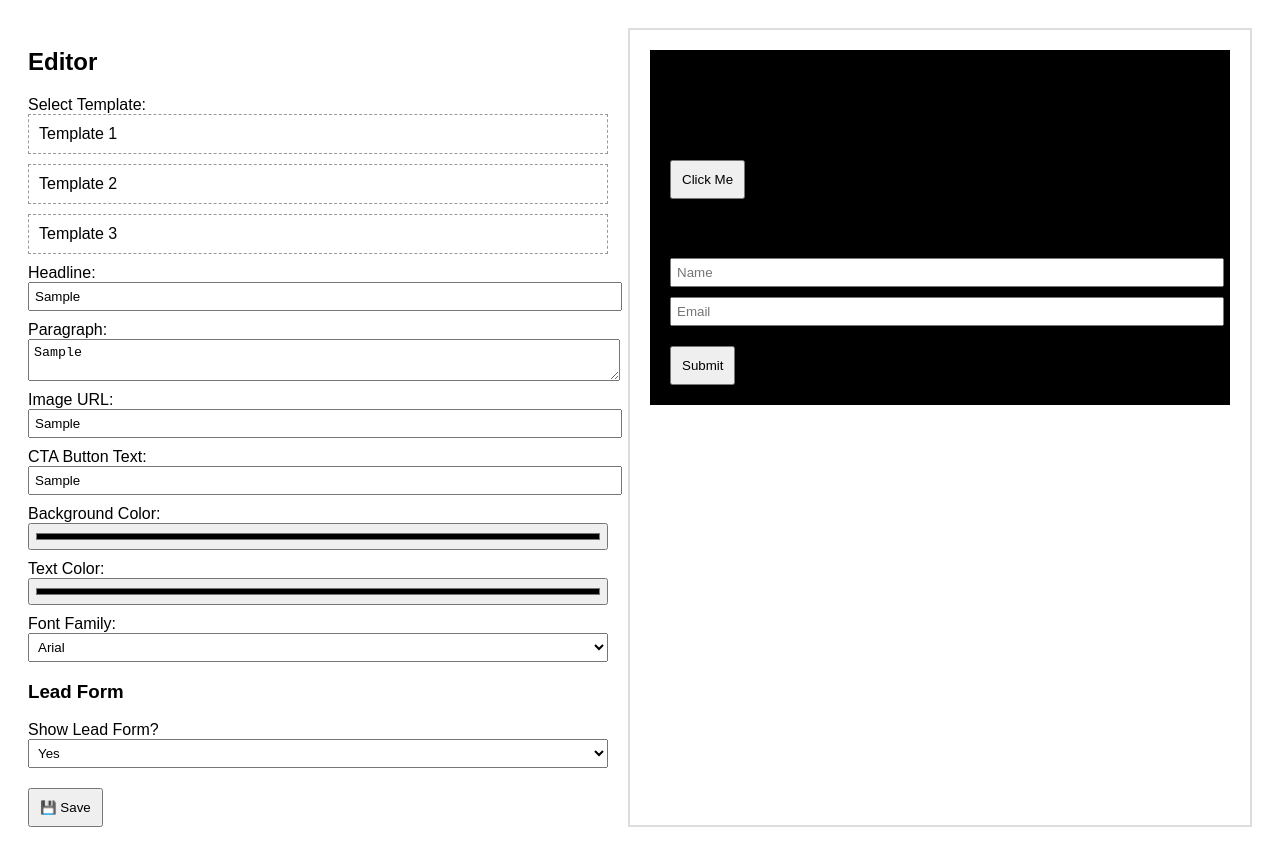
Repository: Yuravolontir/--Baner-Editor--
Page: just-for-tests.html
An editor plug-in stored every save of this project. The page is shown before and after the next save, followed by the edit.
The browser window is 1280 px wide. The pictures show the whole page.
Empty fields were first filled with sample values (such as "Sample", 5 or name@example.com).
After loading, the first visible `#headlineInput` was changed once.

Above is the page before, as saved 2025-07-18 16:13:04.

### just-for-tests.html
<!DOCTYPE html>
<html lang="en">
<head>
  <meta charset="UTF-8" />
  <meta name="viewport" content="width=device-width, initial-scale=1.0"/>
  <title>Landing Page Editor</title>
  <style>
    body {
      font-family: Arial, sans-serif;
      display: flex;
      gap: 20px;
      padding: 20px;
    }
    .editor, .preview {
      flex: 1;
    }
    .preview {
      border: 2px solid #ddd;
      padding: 20px;
    }
    .template {
      border: 1px dashed #999;
      padding: 10px;
      margin-bottom: 10px;
      cursor: pointer;
    }
    input, textarea, select {
      display: block;
      margin-bottom: 10px;
      width: 100%;
      padding: 5px;
    }
    button {
      padding: 10px;
      margin-top: 10px;
      cursor: pointer;
    }
  </style>
</head>
<body>

<div class="editor">
  <h2>Editor</h2>

  <label>Select Template:</label>
  <div id="templates">
    <div class="template" data-template="1">Template 1</div>
    <div class="template" data-template="2">Template 2</div>
    <div class="template" data-template="3">Template 3</div>
  </div>

  <label>Headline:</label>
  <input id="headlineInput" type="text" placeholder="Enter headline" />

  <label>Paragraph:</label>
  <textarea id="paragraphInput" placeholder="Enter paragraph"></textarea>

  <label>Image URL:</label>
  <input id="imageInput" type="text" placeholder="Enter image URL" />

  <label>CTA Button Text:</label>
  <input id="ctaInput" type="text" placeholder="Call to Action" />

  <label>Background Color:</label>
  <input id="bgColor" type="color" />

  <label>Text Color:</label>
  <input id="textColor" type="color" />

  <label>Font Family:</label>
  <select id="fontSelect">
    <option value="Arial">Arial</option>
    <option value="Georgia">Georgia</option>
    <option value="Courier New">Courier New</option>
    <option value="Tahoma">Tahoma</option>
  </select>

  <h3>Lead Form</h3>
  <label>Show Lead Form?</label>
  <select id="leadFormToggle">
    <option value="yes">Yes</option>
    <option value="no">No</option>
  </select>

  <button onclick="saveToLocal()">💾 Save</button>
</div>

<div class="preview" id="preview">
  <!-- Preview will update live here -->
</div>

<script>
  const preview = document.getElementById('preview');

  const inputs = {
    headline: document.getElementById('headlineInput'),
    paragraph: document.getElementById('paragraphInput'),
    image: document.getElementById('imageInput'),
    cta: document.getElementById('ctaInput'),
    bgColor: document.getElementById('bgColor'),
    textColor: document.getElementById('textColor'),
    font: document.getElementById('fontSelect'),
    leadForm: document.getElementById('leadFormToggle')
  };

  let selectedTemplate = 1;

  document.querySelectorAll(".template").forEach(t => {
    t.addEventListener("click", () => {
      selectedTemplate = parseInt(t.dataset.template);
      updatePreview();
    });
  });

  Object.values(inputs).forEach(input => {
    input.addEventListener('input', updatePreview);
  });

  function updatePreview() {
    preview.innerHTML = "";

    const container = document.createElement("div");
    container.style.background = inputs.bgColor.value;
    container.style.color = inputs.textColor.value;
    container.style.fontFamily = inputs.font.value;
    container.style.padding = "20px";

    const h1 = document.createElement("h1");
    h1.textContent = inputs.headline.value;
    container.appendChild(h1);

    const p = document.createElement("p");
    p.textContent = inputs.paragraph.value;
    container.appendChild(p);

    if (inputs.image.value) {
      const img = document.createElement("img");
      img.src = inputs.image.value;
      img.style.maxWidth = "100%";
      container.appendChild(img);
    }

    const cta = document.createElement("button");
    cta.textContent = inputs.cta.value || "Click Me";
    container.appendChild(cta);

    if (inputs.leadForm.value === "yes") {
      const form = document.createElement("form");
      form.innerHTML = `
        <h3>Join Us</h3>
        <input type="text" placeholder="Name" required>
        <input type="email" placeholder="Email" required>
        <button type="submit">Submit</button>
      `;
      container.appendChild(form);
    }

    preview.appendChild(container);
  }

  function saveToLocal() {
    const data = {
      template: selectedTemplate,
      headline: inputs.headline.value,
      paragraph: inputs.paragraph.value,
      image: inputs.image.value,
      cta: inputs.cta.value,
      bgColor: inputs.bgColor.value,
      textColor: inputs.textColor.value,
      font: inputs.font.value,
      leadForm: inputs.leadForm.value
    };
    localStorage.setItem("landingPageData", JSON.stringify(data));
    alert("Page saved!");
  }

  function loadFromLocal() {
    const data = JSON.parse(localStorage.getItem("landingPageData"));
    if (!data) return;

    selectedTemplate = data.template || 1;
    inputs.headline.value = data.headline || "";
    inputs.paragraph.value = data.paragraph || "";
    inputs.image.value = data.image || "";
    inputs.cta.value = data.cta || "";
    inputs.bgColor.value = data.bgColor || "#ffffff";
    inputs.textColor.value = data.textColor || "#000000";
    inputs.font.value = data.font || "Arial";
    inputs.leadForm.value = data.leadForm || "yes";

    updatePreview();
  }

  window.addEventListener("DOMContentLoaded", loadFromLocal);
</script>

</body>
</html>

After the next save:
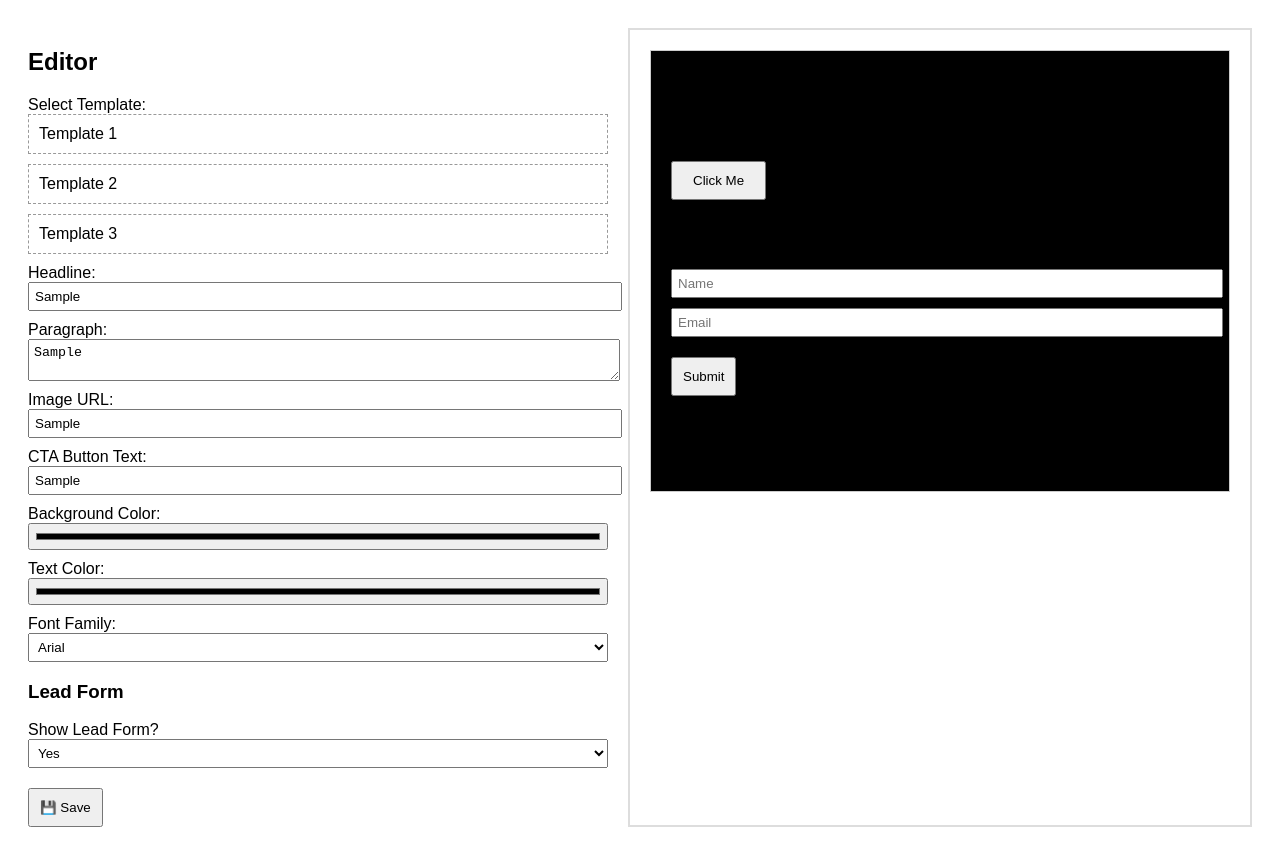
Saved 8 min 48 s later.
--- a/just-for-tests.html
+++ b/just-for-tests.html
@@ -116,47 +116,86 @@
     input.addEventListener('input', updatePreview);
   });
 
-  function updatePreview() {
-    preview.innerHTML = "";
-
-    const container = document.createElement("div");
-    container.style.background = inputs.bgColor.value;
-    container.style.color = inputs.textColor.value;
-    container.style.fontFamily = inputs.font.value;
-    container.style.padding = "20px";
-
-    const h1 = document.createElement("h1");
-    h1.textContent = inputs.headline.value;
-    container.appendChild(h1);
-
-    const p = document.createElement("p");
-    p.textContent = inputs.paragraph.value;
-    container.appendChild(p);
-
-    if (inputs.image.value) {
-      const img = document.createElement("img");
-      img.src = inputs.image.value;
-      img.style.maxWidth = "100%";
-      container.appendChild(img);
-    }
-
-    const cta = document.createElement("button");
-    cta.textContent = inputs.cta.value || "Click Me";
-    container.appendChild(cta);
-
-    if (inputs.leadForm.value === "yes") {
-      const form = document.createElement("form");
-      form.innerHTML = `
-        <h3>Join Us</h3>
-        <input type="text" placeholder="Name" required>
-        <input type="email" placeholder="Email" required>
-        <button type="submit">Submit</button>
-      `;
-      container.appendChild(form);
-    }
-
-    preview.appendChild(container);
-  }
+function updatePreview() {
+  preview.innerHTML = "";
+
+  const container = document.createElement("div");
+  container.style.background = inputs.bgColor.value;
+  container.style.color = inputs.textColor.value;
+  container.style.fontFamily = inputs.font.value;
+  container.style.padding = "20px";
+  container.style.minHeight = "400px";
+  container.style.border = "1px solid #ccc";
+
+  const h1 = document.createElement("h1");
+  h1.textContent = inputs.headline.value;
+
+  const p = document.createElement("p");
+  p.textContent = inputs.paragraph.value;
+
+  const cta = document.createElement("button");
+  cta.textContent = inputs.cta.value || "Click Me";
+  cta.style.margin = "10px 0";
+  cta.style.padding = "10px 20px";
+
+  const img = document.createElement("img");
+  if (inputs.image.value) {
+    img.src = inputs.image.value;
+    img.style.maxWidth = "100%";
+    img.style.margin = "10px 0";
+  }
+
+  const form = document.createElement("form");
+  if (inputs.leadForm.value === "yes") {
+    form.innerHTML = `
+      <h3>Join Us</h3>
+      <input type="text" placeholder="Name" required>
+      <input type="email" placeholder="Email" required>
+      <button type="submit">Submit</button>
+    `;
+  }
+
+  // === Template Variants ===
+  switch (selectedTemplate) {
+    case 1:
+      // Standard Layout: Headline → Paragraph → Image → CTA → Form
+      container.append(h1, p, img, cta, form);
+      break;
+
+    case 2:
+      // Left Text, Right Image
+      const layout2 = document.createElement("div");
+      layout2.style.display = "flex";
+      layout2.style.alignItems = "center";
+      layout2.style.gap = "20px";
+
+      const textSide2 = document.createElement("div");
+      textSide2.append(h1, p, cta);
+
+      const imageSide2 = document.createElement("div");
+      if (inputs.image.value) imageSide2.appendChild(img);
+
+      layout2.append(textSide2, imageSide2);
+      container.append(layout2, form);
+      break;
+
+    case 3:
+      // Image on top, then text and CTA centered
+      const layout3 = document.createElement("div");
+      layout3.style.textAlign = "center";
+
+      if (inputs.image.value) layout3.appendChild(img);
+      layout3.append(h1, p, cta);
+      container.append(layout3, form);
+      break;
+
+    default:
+      container.append(h1, p, img, cta, form);
+  }
+
+  preview.appendChild(container);
+}
+
 
   function saveToLocal() {
     const data = {
